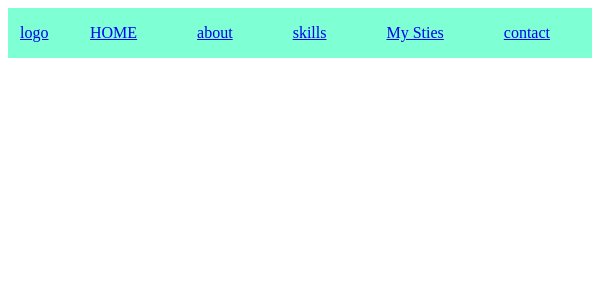
Repository: jun01270/jun
Page: index.html
An editor plug-in stored every save of this project. The page is shown before and after the next save, followed by the edit.
The browser window is 600 px wide. The pictures show the whole page.

Above is the page before, as saved 2023-05-08 16:15:27.

### index.html
<!DOCTYPE html>
<html lang="en">
<head>
    <meta charset="UTF-8">
    <meta http-equiv="X-UA-Compatible" content="IE=edge">
    <meta name="viewport" content="width=device-width, initial-scale=1.0">
    <link rel="stylesheet" href="main.css">
    <title>Document</title>
</head>
<body>
    <nav class="navbar">
            <div class="logo"><a href="#home">logo</a></div>
            <ul class="menu-bar">
                <li><a href="#home" class="menu-btn" id="homeID">HOME</a></li>
                <li><a href="#about" class="menu-btn" id="homeID">about</a></li>
                <li><a href="#skills" class="menu-btn">skills</a></li>
                <li><a href="#my-sites" class="menu-btn">My Sties</a></li>
                <li><a href="#contact" class="menu-btn">contact</a></li>
            </ul>
    </nav>
</body>
</html>

### main.css
html{
    scroll-behavior: smooth;
}

.navbar{
    display: flex;
    justify-content: space-between;
    align-items: center;
    background-color: aquamarine;
    padding: 8px 12px;
}

.menu-bar{
    list-style:none;
    display: flex;
    margin: 0;
    padding-left:0;
}

.menu-bar li{
    padding:8px 30px;
}

.menu-bar li:hover{
    background-color: orange;
    border-radius: 3px;
}

After the next save:
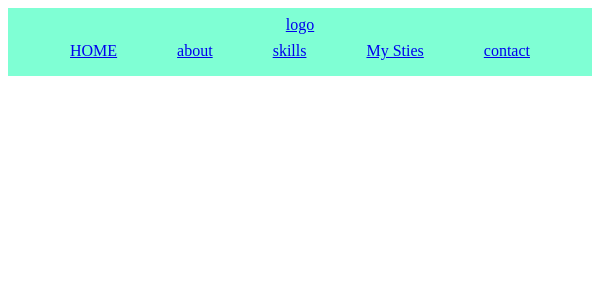
Saved 2 min 33 s later.
--- a/main.css
+++ b/main.css
@@ -25,3 +25,9 @@ html{
     background-color: orange;
     border-radius: 3px;
 }
+
+@media screen and (max-width: 700px){
+    .navbar{
+        flex-direction: column;
+    }
+}
